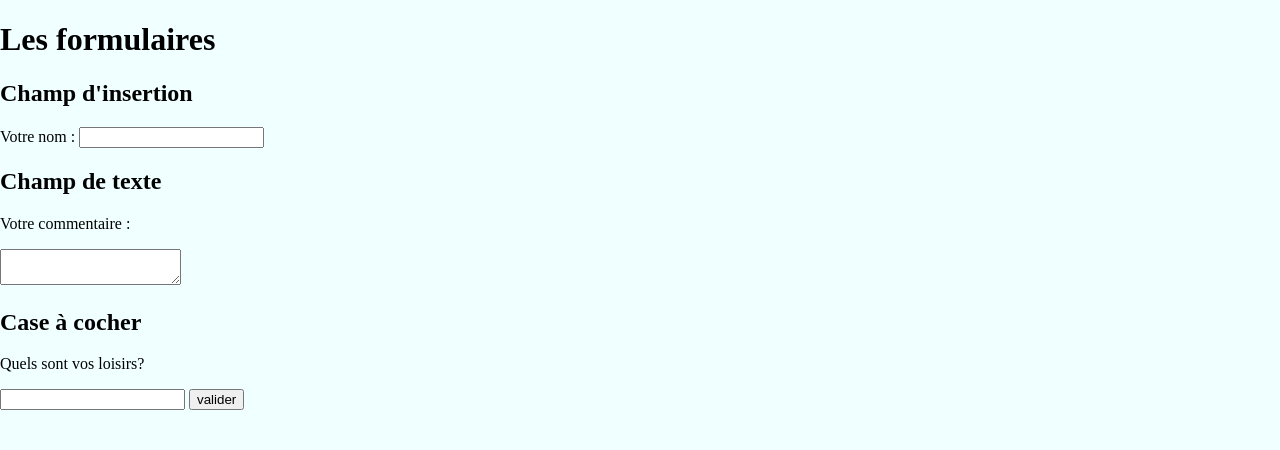
Repository: Luc010/Exercices
Page: HTML CSS/cours/formulaires/form.html
The author's editor kept a copy of each file at every save. The page is drawn from the files as they stood at one save, then again after the next save.
The browser window is 1280 px wide. The pictures show the whole page.

Above is the page before, as saved 2019-09-06 08:58:20.

### HTML CSS/cours/formulaires/form.html
<!DOCTYPE html>
<html lang="en">
<head>
    <meta charset="UTF-8">
    <meta name="viewport" content="width=device-width, initial-scale=1.0">
    <meta http-equiv="X-UA-Compatible" content="ie=edge">
    <title>Document</title>
    <style>
        body{
            padding: 0;
            margin: 0;
            background-color: azure;
        }
        form{
            padding: 0;
            margin: 0;
        }
    </style>
</head>
<body>
    <h1>Les formulaires</h1>
    <form action="" method="POST">
        <h2>Champ d'insertion</h2>
        <p>Votre nom : <input type="text"></p>
        <h2>Champ de texte</h2>
        <p>Votre commentaire :</p>
        <textarea></textarea>
        <h2>Case à cocher</h2>
        <p>Quels sont vos loisirs?</p>
        <input >
        <input type="submit" value="valider"><!--<input type="reset" value="reset"> -->
    </form>
</body>
</html>

After the next save:
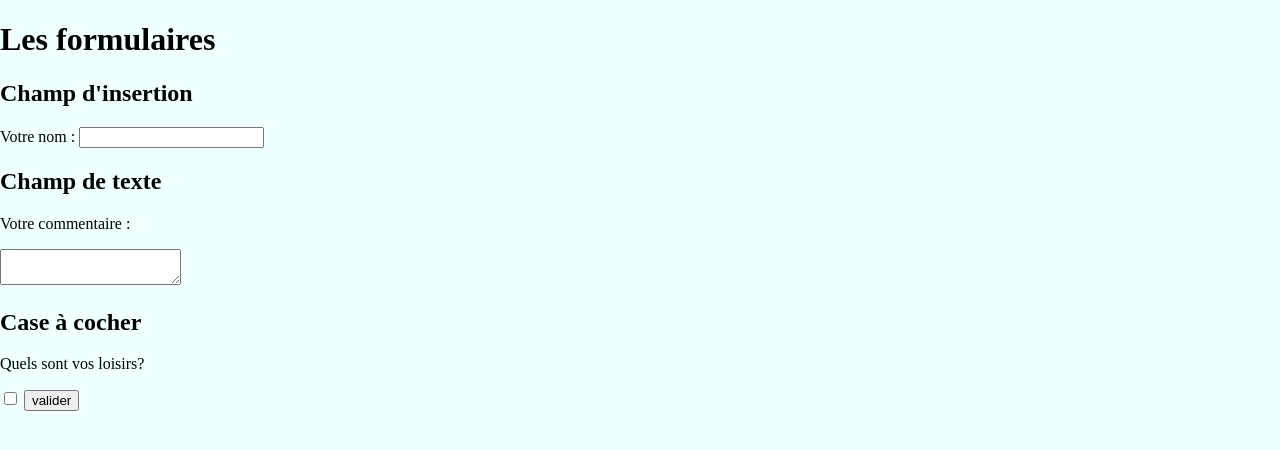
Saved 4 s later.
--- a/HTML CSS/cours/formulaires/form.html
+++ b/HTML CSS/cours/formulaires/form.html
@@ -27,7 +27,7 @@
         <textarea></textarea>
         <h2>Case à cocher</h2>
         <p>Quels sont vos loisirs?</p>
-        <input >
+        <input type="checkbox">
         <input type="submit" value="valider"><!--<input type="reset" value="reset"> -->
     </form>
 </body>
